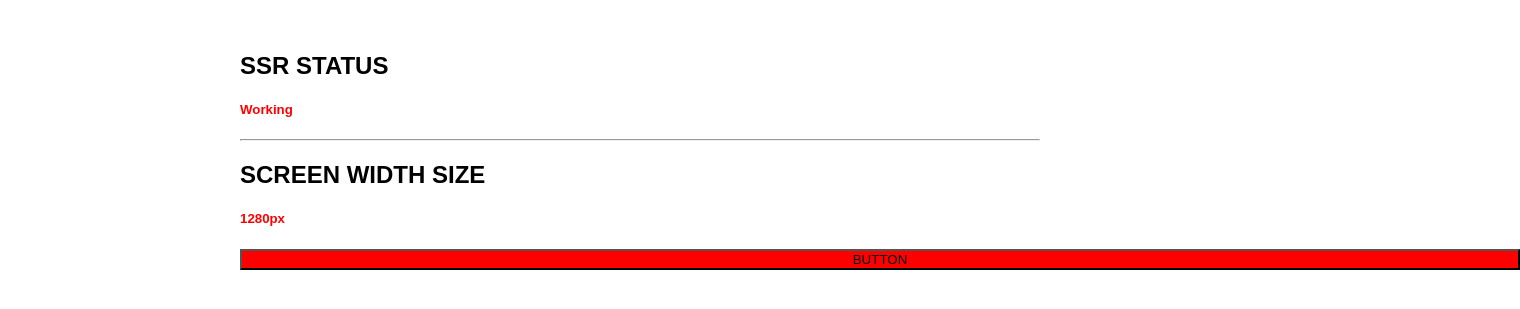
Repository: adrihle/screen-detector-nextpwa
Page: /
The author's editor kept a copy of each file at every save. The page is drawn from the files as they stood at one save, then again after the next save.
The browser window is 1280 px wide. The page is 1520 px wide, then 1280 px, so the pictures cover 1520 px, including what lies to the right of the window. The pictures show the whole page.
The project was rebuilt for these pictures with package versions that can differ from the ones it lists, and the page was loaded fresh each time. The framework's server and built-in components were replaced by stand-ins that run in the browser. Imported but missing from the stored project, and not drawn on this page: pages/_document.

Above is the page before, as saved 2020-12-28 12:55:31.

### pages/_app.js
import App, { Container } from "next/app";
import Head from "next/head";
import styled, { createGlobalStyle } from "styled-components";
import { title } from "./_document";

// Any global CSS variables and selectors we want
const GlobalStyle = createGlobalStyle`
  :root {
    --padding: 2rem;
    --max-width: 50rem;
  }

  body {
    background: var(--background--1);
    font-family: 'PT Sans', sans-serif;
    margin: 0;
  }
`;

const Main = styled.main`
  margin: 0 auto;
  max-width: var(--max-width);
  padding: var(--padding);
`;

export default class MyApp extends App {
  static async getInitialProps({ Component, ctx }) {
    let pageProps = {};

    if (Component.getInitialProps) {
      pageProps = await Component.getInitialProps(ctx);
    }

    return { pageProps };
  }

  render() {
    const { Component, pageProps, router } = this.props;

    return (
      <>
        <Head>
          <title>{title}</title>
        </Head>
        <Container>
          <Main>
            <Component {...pageProps} router={router} />
          </Main>
          <GlobalStyle />
        </Container>
      </>
    );
  }
}

### pages/index.js
import { useEffect, useState } from 'react'





const Index = ({ server }) => {

  const [size, setSize] = useState()

  useEffect(() => {
    const handleSize = () => setSize(window.innerWidth)
    handleSize()
    window.addEventListener('resize', handleSize)
    return () => {window.removeEventListener('resize', handleSize)}
  },[])

  const width = size + 'px'

  return (
    <>
      <h2>SSR STATUS</h2>
      <h5 style={{color:'red'}}>{server ? 'Working' : 'Not Working'}</h5>
      <hr />
      <h2>SCREEN WIDTH SIZE</h2>
      <h5 style={{color:'red'}}>{width}</h5>
      <button style={{background:'red', width}}>BUTTON</button>
    </>
  )
}

Index.getInitialProps = async function() {
  return {
    server: true,
  }
};

export default Index;

After the next save:
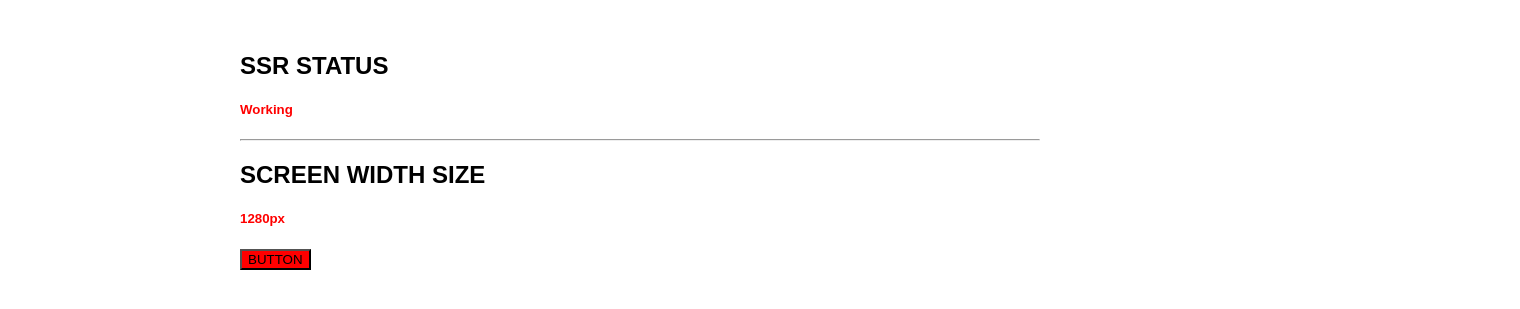
Saved 23 s later.
--- a/pages/index.js
+++ b/pages/index.js
@@ -24,7 +24,7 @@ const Index = ({ server }) => {
       <hr />
       <h2>SCREEN WIDTH SIZE</h2>
       <h5 style={{color:'red'}}>{width}</h5>
-      <button style={{background:'red', width}}>BUTTON</button>
+      <button style={{background:'red', width:width/2}}>BUTTON</button>
     </>
   )
 }
